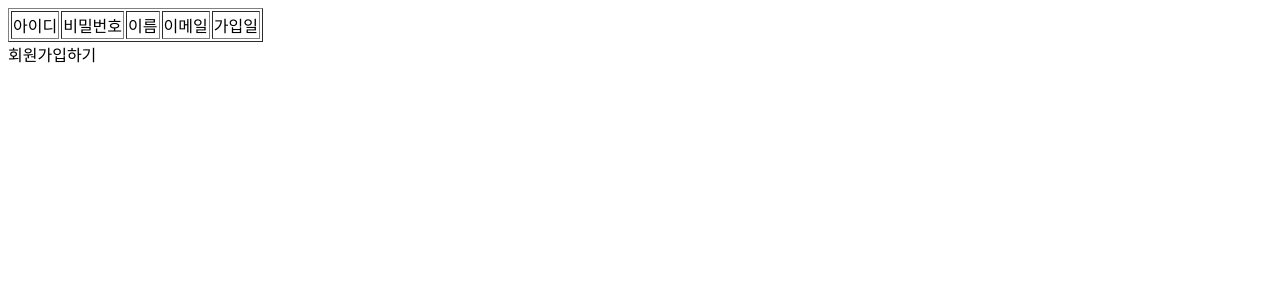
Repository: Idooru/academy_servlet
Page: http://localhost/pro07/member
An editor plug-in stored every save of this project. The page is shown before and after the next save, followed by the edit.
The browser window is 1280 px wide. The pictures show the whole page.
The page is served by Tomcat 9. Queries for data that is not in the repository find no rows.

Above is the page before, as saved 2023-09-05 03:34:56.

After the next save:
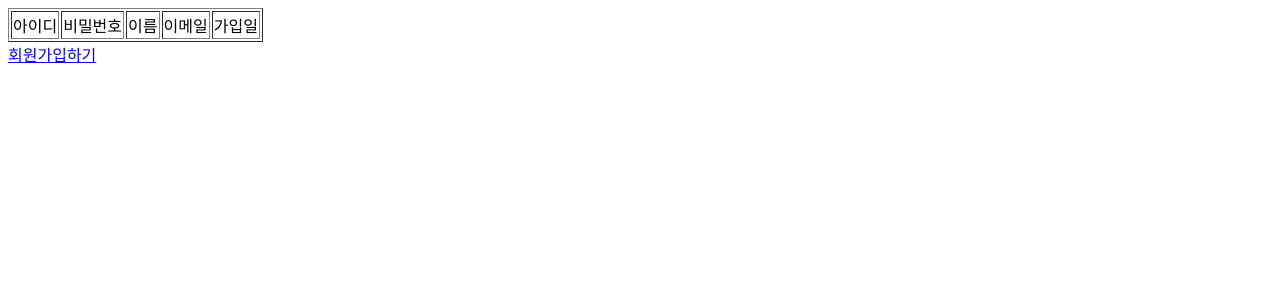
Saved 39 s later.
--- a/pro07/src/sec01/ex01/MemberServlet.java
+++ b/pro07/src/sec01/ex01/MemberServlet.java
@@ -65,7 +65,7 @@ public class MemberServlet extends HttpServlet {
 		}
 
 		out.print("</table>");
-		out.print("<a>회원가입하기</a>");
+		out.print("<a href='/pro07/memberForm.html'>회원가입하기</a>");
 		out.print("</body></html>");
 
 	}
